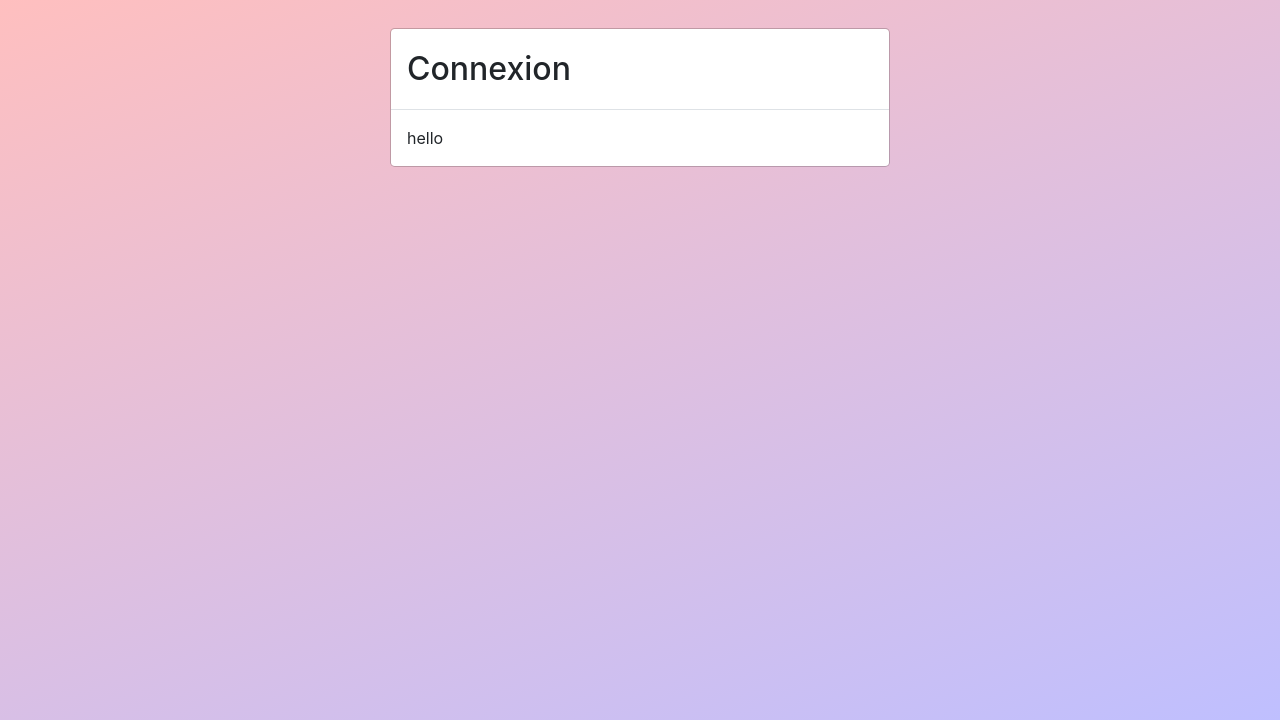
Repository: FS-23/react-task-manager
Page: /login
The author's editor kept a copy of each file at every save. The page is drawn from the files as they stood at one save, then again after the next save.
The browser window is 1280 px wide. The pictures show the whole page.
The project was rebuilt for these pictures with package versions that can differ from the ones it lists, and the page was loaded fresh each time.

Above is the page before, as saved 2022-04-28 14:21:59.

After the next save:
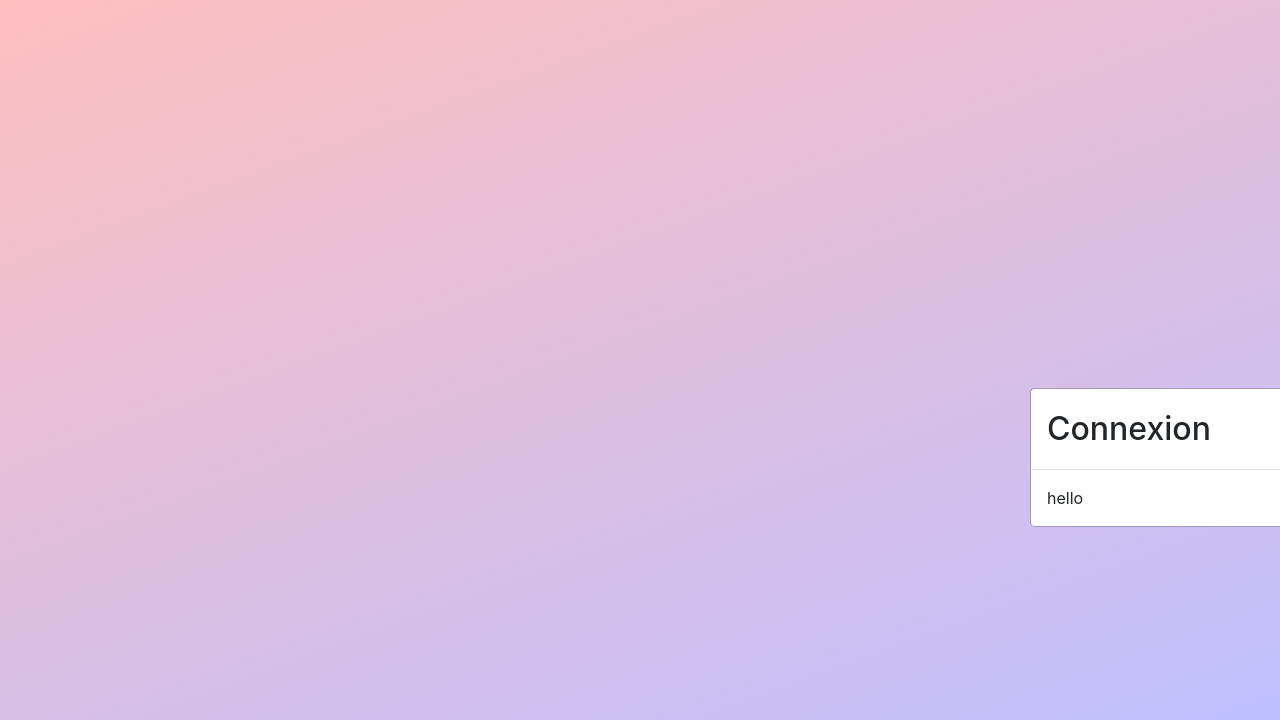
Saved 53 s later.
--- a/src/components/Login.js
+++ b/src/components/Login.js
@@ -27,7 +27,7 @@ function Login(){
 
                     </div>
 
-                    <div className='position-relative'>
+                    <div className='position-relative top-50 start-50'>
                          <div className='modal-dialog'>
                                <div className='modal-content'>
                                     <div className='modal-header'>
